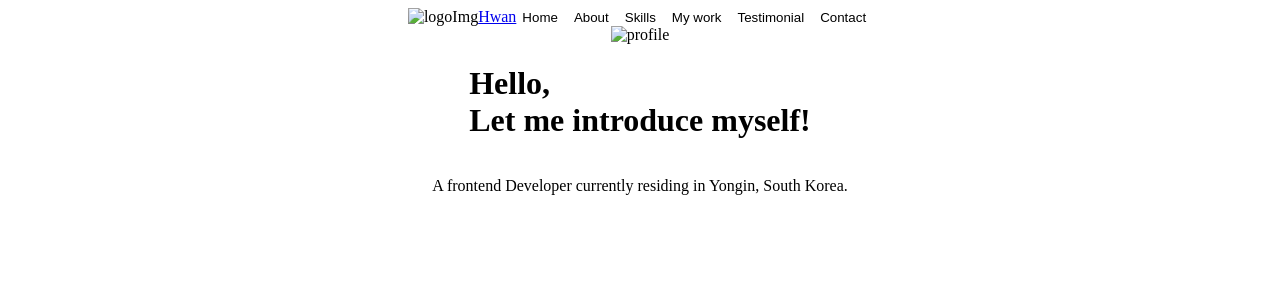
Repository: dhchun1203/Portfolio
Page: index.html
An editor plug-in stored every save of this project. The page is shown before and after the next save, followed by the edit.
The browser window is 1280 px wide. The page is 1280 px wide, then 1288 px, so the pictures cover 1288 px, including what lies to the right of the window. The pictures show the whole page.
Some web libraries are served in a nearby version.

Above is the page before, as saved 2020-12-02 15:42:04.

### index.html
<!DOCTYPE html>
<html lang="en">
	<head>
		<meta charset="UTF-8" />
		<meta name="viewport" content="width=device-width, initial-scale=1.0" />
		<title>Hwan's Portfolio</title>
		<meta
			name="description"
			content="portfolio for world-renowned software engineer Hwan"
		/>
		<meta name="author" content="Hwan" />
		<link rel="icon" type="image/png" href="imgs/favicon.png" />
		<script
			src="https://kit.fontawesome.com/8b98a99811.js"
			crossorigin="anonymous"
		></script>
		<link rel="preconnect" href="https://fonts.gstatic.com" />
		<link
			href="https://fonts.googleapis.com/css2?family=Open+Sans:wght@400;600;700&display=swap"
			rel="stylesheet"
		/>
		<link rel="stylesheet" href="style.css" />
		<script src="main.js" defer></script>
	</head>
	<body>
		<div class="home">
			<nav class="navbar">
				<div class="navbar__logo">
					<img src="" alt="logoImg" /><a href="#">Hwan</a>
				</div>
				<div class="navbar__btn">
					<button>Home</button>
					<button>About</button>
					<button>Skills</button>
					<button>My work</button>
					<button>Testimonial</button>
					<button>Contact</button>
				</div>
			</nav>
			<div class="home__img"><img src="" alt="profile" /></div>
			<div class="home__title">
				<h1>Hello, <br />Let me introduce myself!</h1>
			</div>
			<div class="home__description">
				<p>A frontend Developer currently residing in Yongin, South Korea.</p>
			</div>
			<div class="home__btn"></div>
		</div>
	</body>
</html>

### style.css
.home {
	display: flex;
	flex-direction: column;
	align-items: center;
}
.navbar {
	display: flex;
	flex-direction: row;
	justify-content: space-between;
}
.navbar__logo {
	display: flex;
	flex-direction: row;
}
.navbar__btn button {
	border-style: none;
	background: none;
}

Loaded but not shown: main.js (no copy from this time; the picture is the same without it)

After the next save:
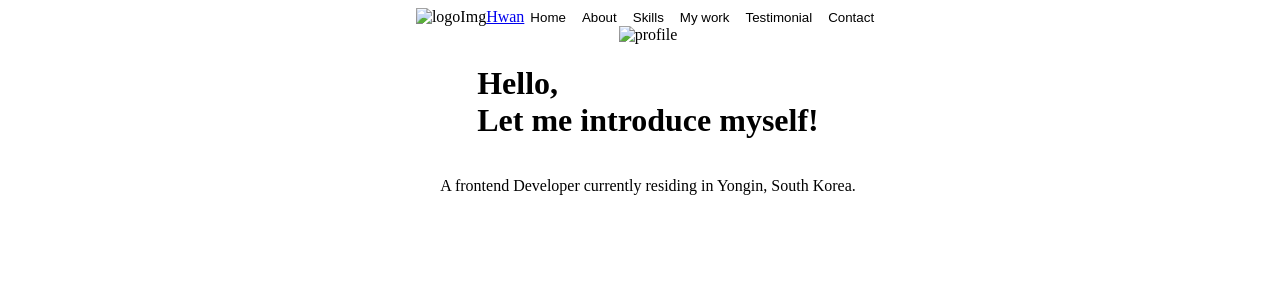
Saved 40 s later.
--- a/style.css
+++ b/style.css
@@ -1,3 +1,7 @@
+body {
+	width: 100%;
+}
+
 .home {
 	display: flex;
 	flex-direction: column;
